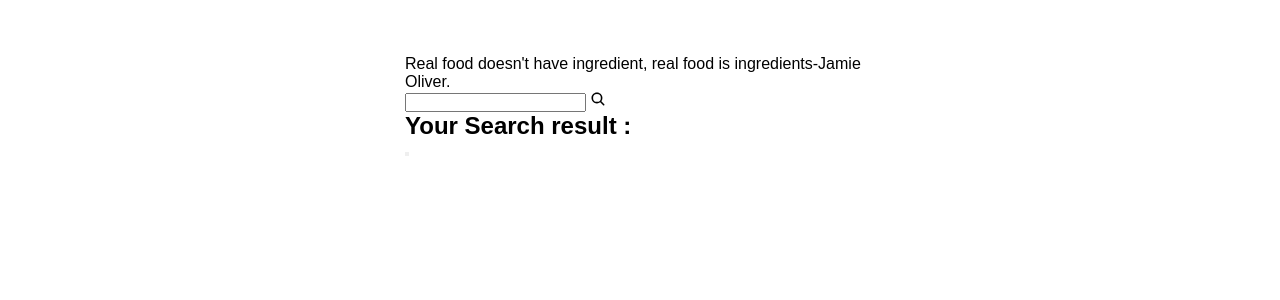
Repository: andrewhuynh561/javascipt
Page: Day 1/index.html
The author's editor kept a copy of each file at every save. The page is drawn from the files as they stood at one save, then again after the next save.
The browser window is 1280 px wide. The pictures show the whole page.

Above is the page before, as saved 2023-05-17 21:42:02.

### Day 1/index.html
<!DOCTYPE html>
<html lang="en">
<head>
    <meta charset="UTF-8">
    <meta http-equiv="X-UA-Compatible" content="IE=edge">
    <meta name="viewport" content="width=device-width, initial-scale=1.0">
    <title>Find Meal For Your Ingredient</title>
    <link rel="stylesheet" href="style.css">
    <link rel="preconnect" href="https://fonts.googleapis.com">
    <link rel="preconnect" href="https://fonts.gstatic.com" crossorigin>
    <script type="module" src="https://unpkg.com/ionicons@7.1.0/dist/ionicons/ionicons.esm.js"></script>
    <script nomodule src="https://unpkg.com/ionicons@7.1.0/dist/ionicons/ionicons.js"></script>
    <link href="https://fonts.googleapis.com/css2?family=Rubik:ital,wght@0,300;0,500;0,600;1,300&display=swap" rel="stylesheet">
</head>
<body>
    <div class="container">
        <div class="meal-wrapper">
            <p>Real food doesn't have ingredient, real food is ingredients-Jamie Oliver.</p>
            <div class="search-bar">
                <input type="search" class="search">
                <ion-icon name="search"></ion-icon>
            </div>
        </div>
        <div class="meal-result">
            <h2 class="title">Your Search result :</h2>
            <div class="meal" id="meal">
                <!-- meal item -->
          <!-- <div class = "meal-item">
            <div class = "meal-img">
              <img src = "food.jpg" alt = "food">
            </div>
            <div class = "meal-name">
              <h3>Potato Chips</h3>
              <a href = "#" class = "recipe-btn">Get Recipe</a>
            </div>
          </div> -->
          <!-- end of meal item -->
            </div>
            <div class="meal-detail" id="meal-detail">
                <button class="btn ">

                </button>

                <div class="meal-content">
                    <!-- <h2 class = "recipe-title">Meals Name Here</h2>
          <p class = "recipe-category">Category Name</p>
          <div class = "recipe-instruct">
            <h3>Instructions:</h3>
            <p>Lorem ipsum, dolor sit amet consectetur adipisicing elit. Quo blanditiis quis accusantium natus! Porro, reiciendis maiores molestiae distinctio veniam ratione ex provident ipsa, soluta suscipit quam eos velit autem iste!</p>
            <p>Lorem ipsum dolor sit amet consectetur adipisicing elit. Amet aliquam voluptatibus ad obcaecati magnam, esse numquam nisi ut adipisci in?</p>
          </div>
          <div class = "recipe-meal-img">
            <img src = "food.jpg" alt = "">
          </div>
          <div class = "recipe-link">
            <a href = "#" target = "_blank">Watch Video</a>
          </div> -->
                </div>
            </div>
        </div>
    </div>

<script src="app.js"></script>
</body>
</html>

### Day 1/style.css
*{
    margin: 0;
    padding: 0;
    box-sizing: border-box;
}
body {
    font-family: "Poppins", sans-serif;
    padding: 20px;
  }
:root{
    --tenne-tawny: #d65108;
    --tenne-tawny-dark: #b54507;
}
.container{
    max-width: 500px;
    margin: 0 auto;
    border-radius: 12px;
    background-color: white
    box-shadow: rgba(100, 100, 111, 0.2) 0px 7px 29px 0px;
    padding: 35px 15px 35px;

}

Loaded but not shown: Day 1/app.js (no copy from this time; the picture is the same without it)

After the next save:
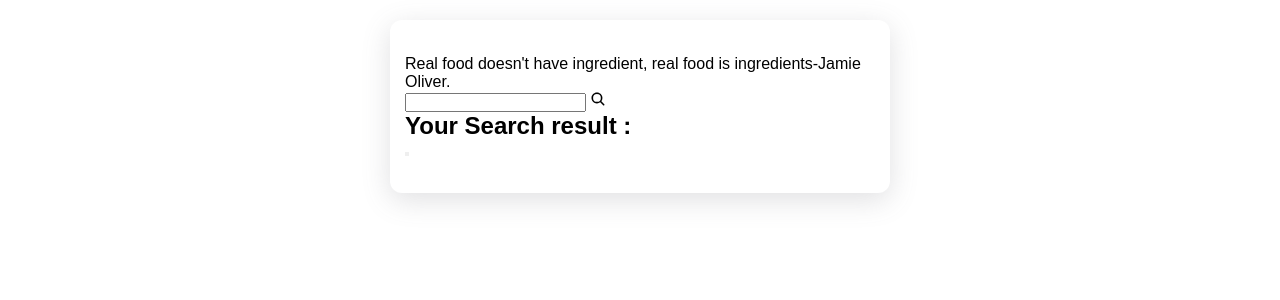
Saved 8 s later.
--- a/Day 1/style.css
+++ b/Day 1/style.css
@@ -15,7 +15,7 @@ body {
     max-width: 500px;
     margin: 0 auto;
     border-radius: 12px;
-    background-color: white
+    background-color: white;
     box-shadow: rgba(100, 100, 111, 0.2) 0px 7px 29px 0px;
     padding: 35px 15px 35px;
 
